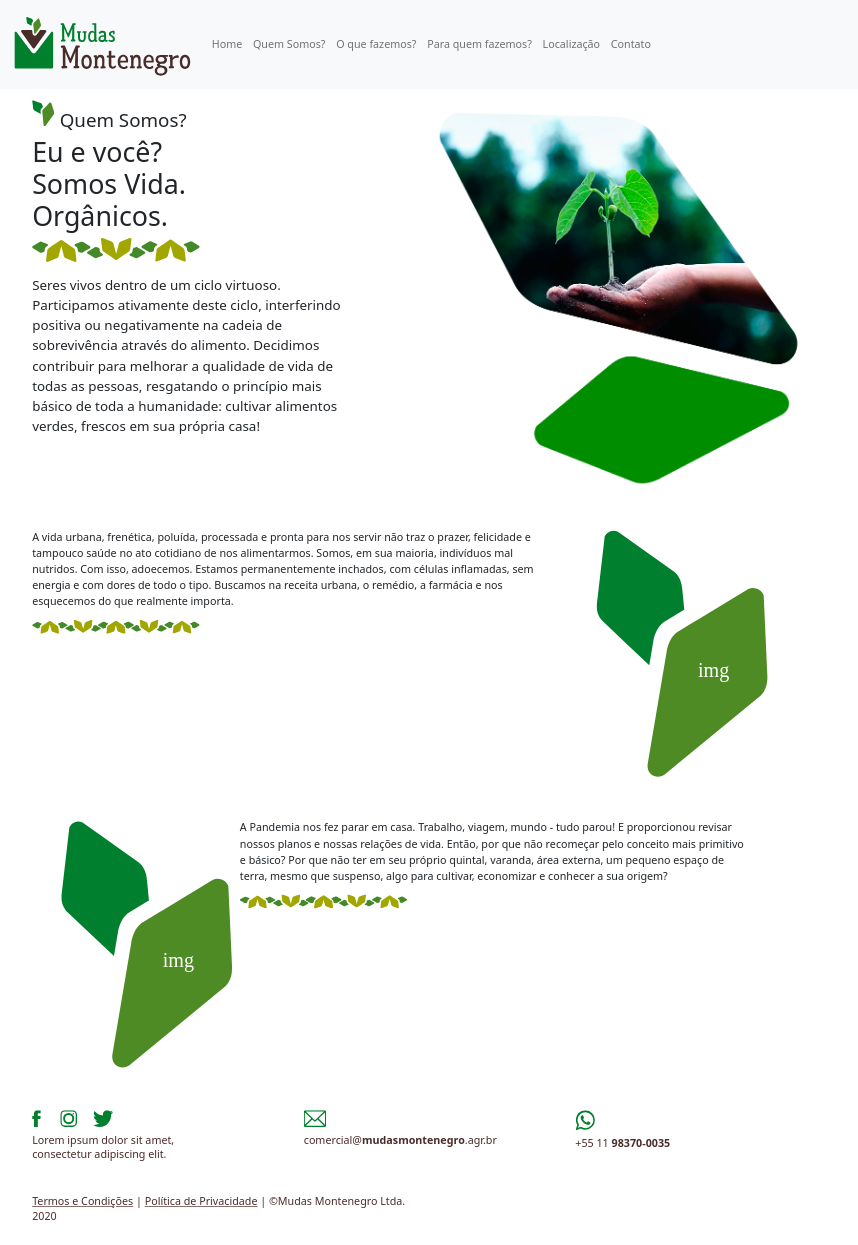
Repository: MaKnok/mudas-montenegro
Page: quem-somos.html
The author's editor kept a copy of each file at every save. The page is drawn from the files as they stood at one save, then again after the next save.
The browser window is 1280 px wide. The pictures show the whole page, at 67% of full size.
Some web libraries are served in a nearby version.

Above is the page before, as saved 2021-06-17 12:15:03.

### quem-somos.html
<!DOCTYPE html>
<html lang="pt-br">

<head>
    <meta charset="utf-8">
    <meta name="viewport" content="width=device-width, initial-scale=1">
    <link rel="icon" type="image/png" href="img/icons/favicon.png"/>
    <title>Mudas Montenegro</title>
    <link href="https://cdn.jsdelivr.net/npm/bootstrap@5.0.1/dist/css/bootstrap.min.css" rel="stylesheet" integrity="sha384-+0n0xVW2eSR5OomGNYDnhzAbDsOXxcvSN1TPprVMTNDbiYZCxYbOOl7+AMvyTG2x" crossorigin="anonymous">
    <script src="https://use.fontawesome.com/releases/v5.0.8/js/all.js"></script>
    <link href="style.css" rel="stylesheet">
</head>

<body>

<!-- Navigation -->
<nav class="navbar navbar-expand-md navbar-light bg-light sticky-top">

  <div class="container-fluid">

    <a class="navbar-brand logo" href="index.html"><img src="img/logo_mudas_mont.svg" alt="Mudas Montenegro"></a>

    <button class="navbar-toggler" type="button" data-toggle="collapse" data-target="#navbarResponsive">
        <span class="navbar-toggler-icon"></span>
    </button>

    <div class="collapse navbar-collapse" id="navbarResponsive">
       <ul class="navbar-nav ml-auto">
            <li class="nav-item active">
              <a class="nav-link" href="index.html">Home</a>
          </li>
            <li class="nav-item">
              <a class="nav-link" href="quem-somos.html">Quem Somos?</a>
            </li>
            <li class="nav-item">
              <a class="nav-link" href="o-que-fazemos.html">O que fazemos?</a>
            </li>
            <li class="nav-item">
              <a class="nav-link" href="para-quem-fazemos.html">Para quem fazemos?</a>
            </li>
            <li class="nav-item">
              <a class="nav-link" href="localizacao.html">Localização</a>
            </li>
            <li class="nav-item">
              <a class="nav-link" href="contato.html">Contato</a>
            </li>
        </ul>
    </div>

  </div>

</nav>

<!--- Intro -->

<div class="wrapper">

  <div class="container-fluid">

    <div class="row jumbotron section-top">

      <div class="col-xs-12 col-sm-12 col-md-4 col-lg-4 col-xl-5 content-top">

        <h3 class="page-title">Quem Somos?</h3>

        <h1 class="page-slogan">
          Eu e você?<br/>
          Somos Vida.<br/>
          Orgânicos.
        </h1>

        <img src="img/leaves_sections.svg" class="leaves-home">

        <p class="lead">
          Seres vivos dentro de um ciclo virtuoso. Participamos ativamente deste ciclo, interferindo positiva ou negativamente na cadeia de sobrevivência através do alimento. Decidimos contribuir para melhorar a qualidade de vida de todas
          as pessoas, resgatando o princípio mais básico de toda a humanidade: cultivar alimentos verdes, frescos em sua própria casa!
        </p>

      </div>

      <div class="col-xs-12 col-sm-12 col-md-8 col-lg-8 col-xl-7 image-top">

                <source srcset="img/leaves_desktop_img.webp 2x,img/leaves_desktop_img.webp"
                media="(min-width: 992px)"/>

                <img src="img/leaves_desktop_img.webp" class="img-fluid" alt="Muda">

      </div>

    </div>

  </div>


  <div class="container-fluid padding">

  <div class="row content">

    <div class="col-xs-12 col-sm-12 col-md-7 col-lg-7 col-xl-8">
      <p>
      A vida urbana, frenética, poluída, processada e pronta para nos servir não traz o prazer, felicidade e tampouco saúde no ato cotidiano de nos alimentarmos. Somos, em sua maioria, indivíduos mal nutridos.  Com isso, adoecemos. Estamos permanentemente inchados, com células inflamadas, sem energia e com dores de todo o tipo.
      Buscamos na receita urbana, o remédio, a farmácia e nos esquecemos do que realmente importa.
      </p>
      <img src="img/leaves_section_longer.svg" class="leaves-home">
    </div>

    <div class="col-xs-12 col-sm-12 col-md-4 col-lg-4 col-xl-3">
      <img src="img/img_temp.svg" class="float-left" alt="Vida urbana">
    </div>

  </div>




  <div class="container-fluid padding">

  <div class="row content pandemia">

    <div class="col-xs-12 col-sm-12 col-md-4 col-lg-4 col-xl-3 content-1">
        <img src="img/img_temp.svg" class="float-right" alt="Relações de Vida">
    </div>

    <div class="col-xs-12 col-sm-12 col-md-7 col-lg-7 col-xl-8 content-2">
        <p>
        A Pandemia nos fez parar em casa. Trabalho, viagem, mundo - tudo parou!
        E proporcionou revisar nossos planos e nossas relações de vida. Então, por que não recomeçar pelo conceito mais primitivo e básico? Por que não ter em seu próprio quintal, varanda, área externa, um pequeno espaço de terra, mesmo que suspenso, algo para cultivar, economizar e conhecer a sua origem?
        </p>
        <img src="img/leaves_section_longer.svg" class="leaves-home">
    </div>

  </div>

  </div>

</div>




<!--- Footer -->
<footer>

  <div class="container-fluid padding">

    <div class="row text-left">

      <div class="col-md-4">

        <ul class="social-icons">
            <li class="social-icon social-icon_first"><a href="#"><img src="img/icons/facebook.svg"></a></li>
            <li class="social-icon social-icon_second"><a href="#"><img src="img/icons/instagram.svg"></a></li>
            <li class="social-icon social-icon_third"><a href="#"><img src="img/icons/twitter.svg"></a></li>
        </ul>
        <p>Lorem ipsum dolor sit amet, <br/>consectetur adipiscing elit.</p>

      </div>

      <div class="col-md-4">

        <img src="img/icons/mail.svg" class="contact-icon">
        <p>comercial@<span class="phrase-bold">mudasmontenegro</span>.agr.br</p>

      </div>

      <div class="col-md-4">

        <img src="img/icons/whatsapp.svg" class="contact-icon contact-icon-zap">
        <p>+55 11 <span class="phrase-bold">98370-0035</span></p>

      </div>

    </div>

    <div class="row text-left">
        <div class="col-md-6">
          <p class="terms-conditions"><a href="#">Termos e Condições</a> | <a href="#">Política de Privacidade</a> | ©Mudas Montenegro Ltda. 2020 </p>
        </div>
    </div>

  </div>

</footer>

</div>

<script src="https://cdn.jsdelivr.net/npm/bootstrap@5.0.1/dist/js/bootstrap.bundle.min.js" integrity="sha384-gtEjrD/SeCtmISkJkNUaaKMoLD0//ElJ19smozuHV6z3Iehds+3Ulb9Bn9Plx0x4" crossorigin="anonymous"></script>

</body>
</html>

### style.css
@import url("https://fonts.googleapis.com/css2?family=Fira+Sans:ital,wght@0,200;0,300;0,400;0,500;0,600;0,700;1,200;1,300;1,400;1,500;1,600;1,700&display=swap");

/*---Media Queries --*/

html {
  -webkit-box-sizing: border-box;
  -moz-box-sizing: border-box;
  box-sizing: border-box;
}

*,
*:before,
*:after {
  -webkit-box-sizing: border-box;
  -moz-box-sizing: border-box;
  box-sizing: inherit;
}

@media (min-width: 992px) {
  .leaves-home {
    width: 250px;
    margin-bottom: 20px;
  }

  .logo {
    width: 280px;
  }

  .phrase-home {
    font-size: 35px;
    line-height: 45px;
  }

  .carousel-caption {
    width: 550px;
    z-index: 10;
    color: #fff;
    text-align: left;
    top: 40%;
    left: 10%;
    bottom: auto;
    -webkit-transform: translate(0, -50%);
    -ms-transform: translate(0, -50%);
    transform: translate(0, -50%);
  }
}

@media (max-width: 991.98px) {
  .leaves-home {
    width: 190px;
    margin-bottom: 15px;
  }

  .logo {
    width: 220px;
  }

  .phrase-home {
    font-size: 30px;
    line-height: 40px;
  }

  .carousel-caption {
    width: 400px;
    z-index: 10;
    color: #fff;
    text-align: left;
    top: 35%;
    left: 10%;
    bottom: auto;
    -webkit-transform: translate(0, -50%);
    -ms-transform: translate(0, -50%);
    transform: translate(0, -50%);
  }
}

@media (max-width: 767.98px) {
  .carousel-caption {
    width: 400px;
    z-index: 10;
    color: #fff;
    text-align: left;
    top: 35%;
    left: 10%;
    bottom: auto;
    -webkit-transform: translate(0, -50%);
    -ms-transform: translate(0, -50%);
    transform: translate(0, -50%);
  }

  .leaves-home {
    width: 190px;
    margin-bottom: 20px;
  }

  .logo {
    width: 220px;
  }

  .pandemia {
    display: flex;
  }

  .pandemia > .content-2 {
    order: -1;
  }

  .phrase-home {
    font-size: 25px;
    line-height: 35px;
  }

  .section-top {
    display: flex;
  }

  .section-top > .image-top {
    order: -1;
  }
}

@media (max-width: 575.98px) {
  .carousel-caption {
    width: 200px;
    z-index: 10;
    color: #fff;
    text-align: left;
    top: 50%;
    left: 8%;
    bottom: auto;
    -webkit-transform: translate(0, -50%);
    -ms-transform: translate(0, -50%);
    transform: translate(0, -50%);
  }

  .leaves-home {
    width: 130px;
    margin-bottom: 10px;
  }

  .logo {
    width: 180px;
  }

  .phrase-home {
    font-size: 16px;
    line-height: 24px;
  }
}

/*---Firefox Bug Fix --*/
.carousel-item {
  transition: -webkit-transform 0.5s ease;
  transition: transform 0.5s ease;
  transition: transform 0.5s ease, -webkit-transform 0.5s ease;
  -webkit-backface-visibility: visible;
  backface-visibility: visible;
  background-color: #000;
}

/*--- Fixed Background Image --*/
figure {
  position: relative;
  width: 100%;
  height: 60%;
  margin: 0 !important;
}

footer {
  background-color: #fff;
  color: #492b28;
  line-height: 22px;
}

ul,
ol,
li {
  list-style: none;
}

ul {
  padding-inline-start: 0;
  margin-bottom: 0.5rem;
}

.fixed-wrap {
  clip: rect(0, auto, auto, 0);
  position: absolute;
  top: 0;
  left: 0;
  width: 100%;
  height: 100%;
}

#fixed {
  background-image: url("img/mac.png");
  position: fixed;
  display: block;
  top: 0;
  left: 0;
  width: 100%;
  height: 100%;
  background-size: cover;
  background-position: center center;
  -webkit-transform: translateZ(0);
  transform: translateZ(0);
  will-change: transform;
}
/*--- Bootstrap Padding Fix --*/
[class*="col-"] {
  padding: 1rem;
}

.carousel-caption {
  text-align: left;
}

.contact-icon {
  margin-bottom: 0.5rem;
}

.page-title {
  font-weight: ;
}

.page-title::before {
  content: "";
  display: inline-block;
  background-image: url(img/icons/leaves.svg);
  background-size: 33px 40px;
  width: 33px;
  height: 40px;
  margin-right: 8px;
}

.phrase-home {
  font-family: "Fira Sans", sans-serif;
}

.phrase-bold {
  font-weight: 600;
}

.picture-home {
  opacity: 0.7;
}

.section-top {
  background-color: #fff;
}

.social-icons {
  text-align: left;
}

.social-icon:not(:first-child) {
  margin-left: 20px;
}

.social-icon:first-child {
  margin-right: 5px;
}

.social-icon {
  display: inline-block;
}

.social-icon > a > img,
.contact-icon {
  height: 25px;
}

.contact-icon-zap {
  height: 30px;
}

.terms-conditions a {
  color: #492b28;
}

.wrapper {
  padding: 0 2em;
}

/*
Extra small (xs) devices (portrait phones, less than 576px)
No media query since this is the default in Bootstrap

Small (sm) devices (landscape phones, 576px and up)
@media (min-width: 576px) { ... }

Medium (md) devices (tablets, 768px and up)
@media (min-width: 768px) { ... }

Large (lg) devices (desktops, 992px and up)
@media (min-width: 992px) { ... }

Extra (xl) large devices (large desktops, 1200px and up)
@media (min-width: 1200px) { ... }
*/

After the next save:
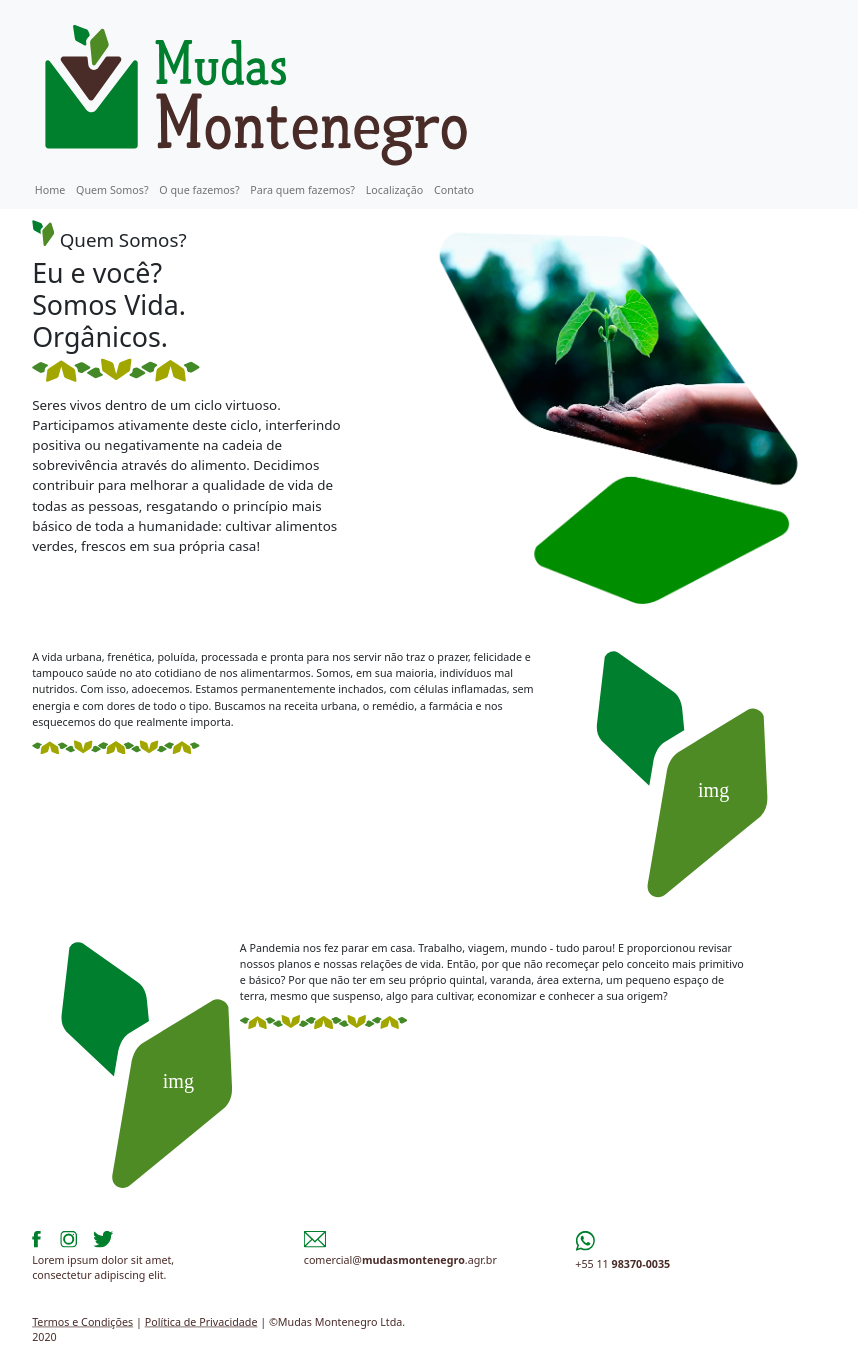
Saved 34 min 22 s later.
--- a/quem-somos.html
+++ b/quem-somos.html
@@ -18,13 +18,15 @@
 
   <div class="container-fluid">
 
-    <a class="navbar-brand logo" href="index.html"><img src="img/logo_mudas_mont.svg" alt="Mudas Montenegro"></a>
+    <div class="wrapper">
 
-    <button class="navbar-toggler" type="button" data-toggle="collapse" data-target="#navbarResponsive">
-        <span class="navbar-toggler-icon"></span>
-    </button>
+      <a class="navbar-brand logo" href="index.html"><img src="img/logo_mudas_mont.svg" alt="Mudas Montenegro"></a>
 
-    <div class="collapse navbar-collapse" id="navbarResponsive">
+      <button class="navbar-toggler" type="button" data-toggle="collapse" data-target="#navbarResponsive">
+          <span class="navbar-toggler-icon"></span>
+      </button>
+
+      <div class="collapse navbar-collapse" id="navbarResponsive">
        <ul class="navbar-nav ml-auto">
             <li class="nav-item active">
               <a class="nav-link" href="index.html">Home</a>
@@ -45,6 +47,8 @@
               <a class="nav-link" href="contato.html">Contato</a>
             </li>
         </ul>
+      </div>
+
     </div>
 
   </div>

After the save that followed:
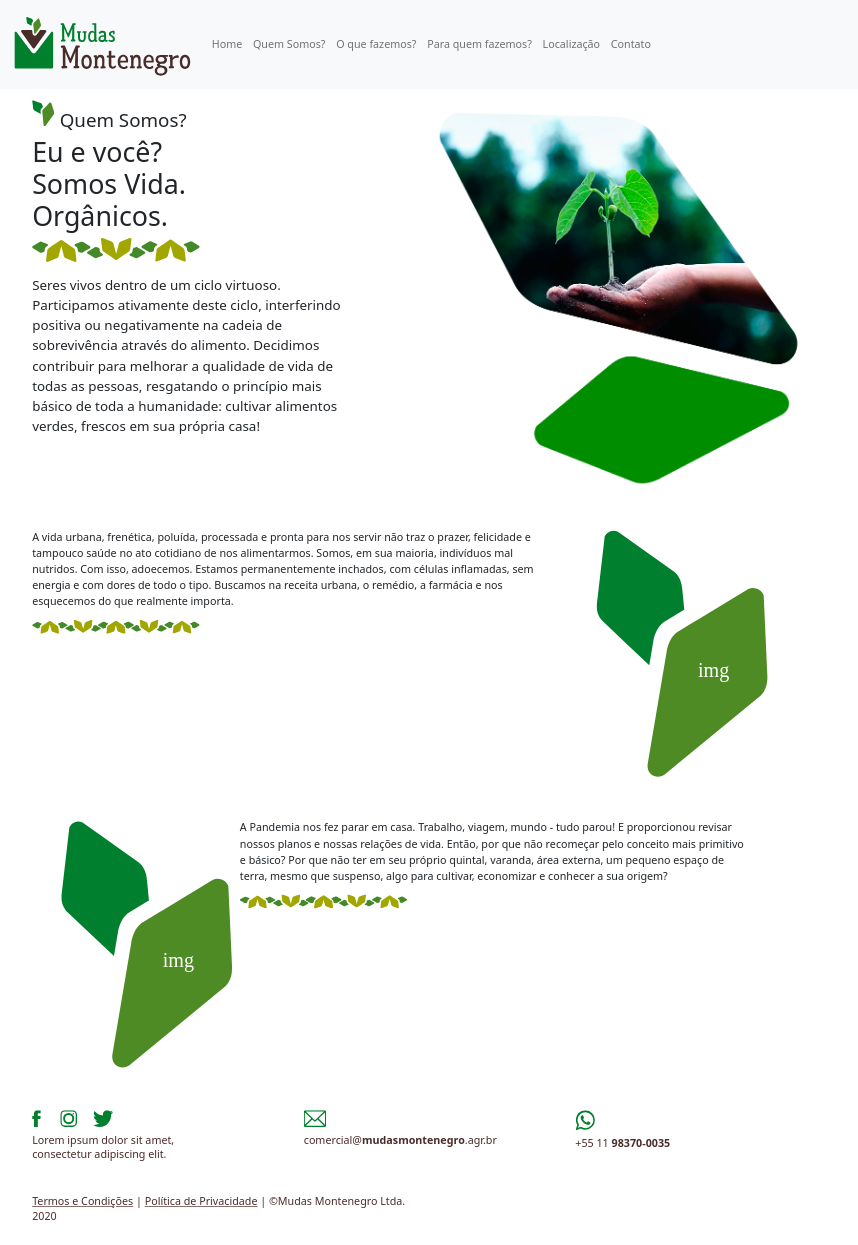
Saved 40 s later.
--- a/quem-somos.html
+++ b/quem-somos.html
@@ -17,8 +17,6 @@
 <nav class="navbar navbar-expand-md navbar-light bg-light sticky-top">
 
   <div class="container-fluid">
-
-    <div class="wrapper">
 
       <a class="navbar-brand logo" href="index.html"><img src="img/logo_mudas_mont.svg" alt="Mudas Montenegro"></a>
 
@@ -48,8 +46,6 @@
             </li>
         </ul>
       </div>
-
-    </div>
 
   </div>
 
